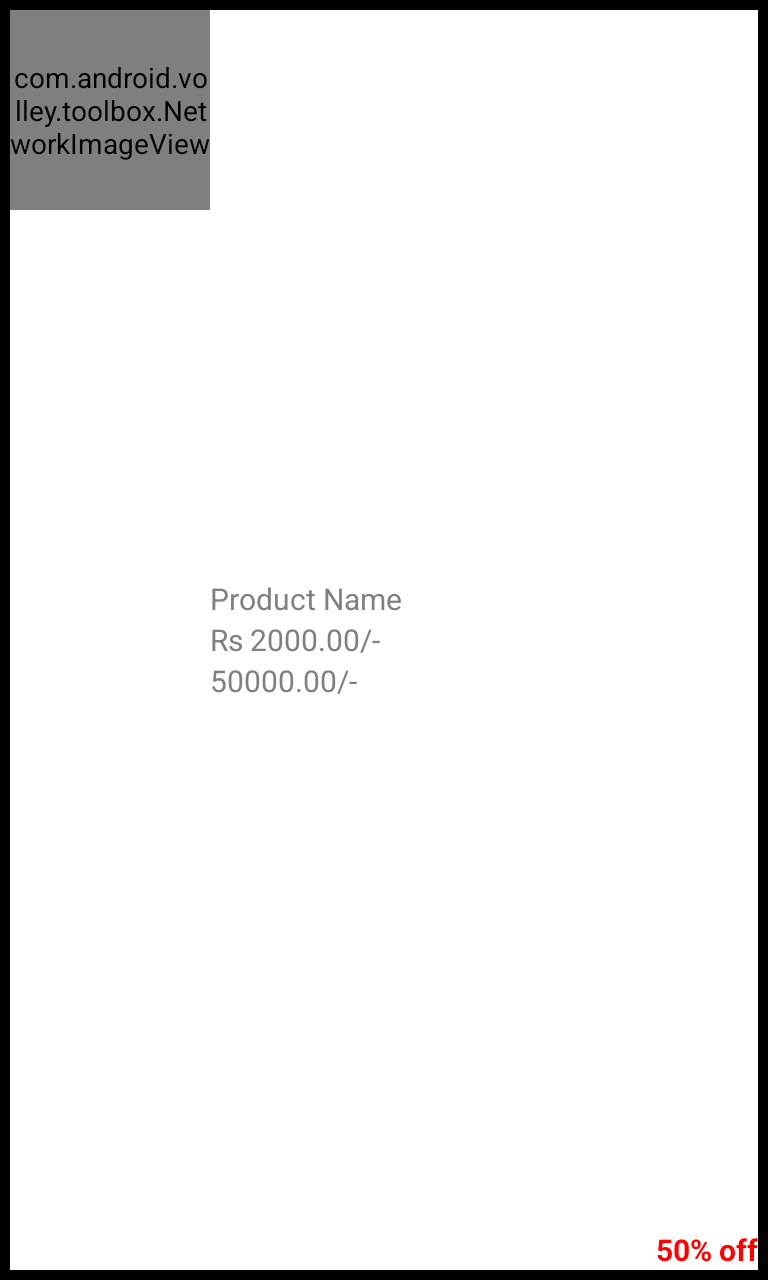
Repository: thisisdemo333/BigDiscount
Layout: BigDiscounts/res/layout/view_lv_search_list.xml
The author's editor kept a copy of each file at every save. The layout is drawn from the files as they stood at one save, then again after the next save.
Pictures or frames that could not be fetched are drawn as grey boxes. It is drawn on a 768 x 1280 px phone screen (xhdpi) without system bars, with theme AppTheme; the app's code is not run.

Above is the layout before, as saved 2015-05-10 16:37:18.

After the next save:
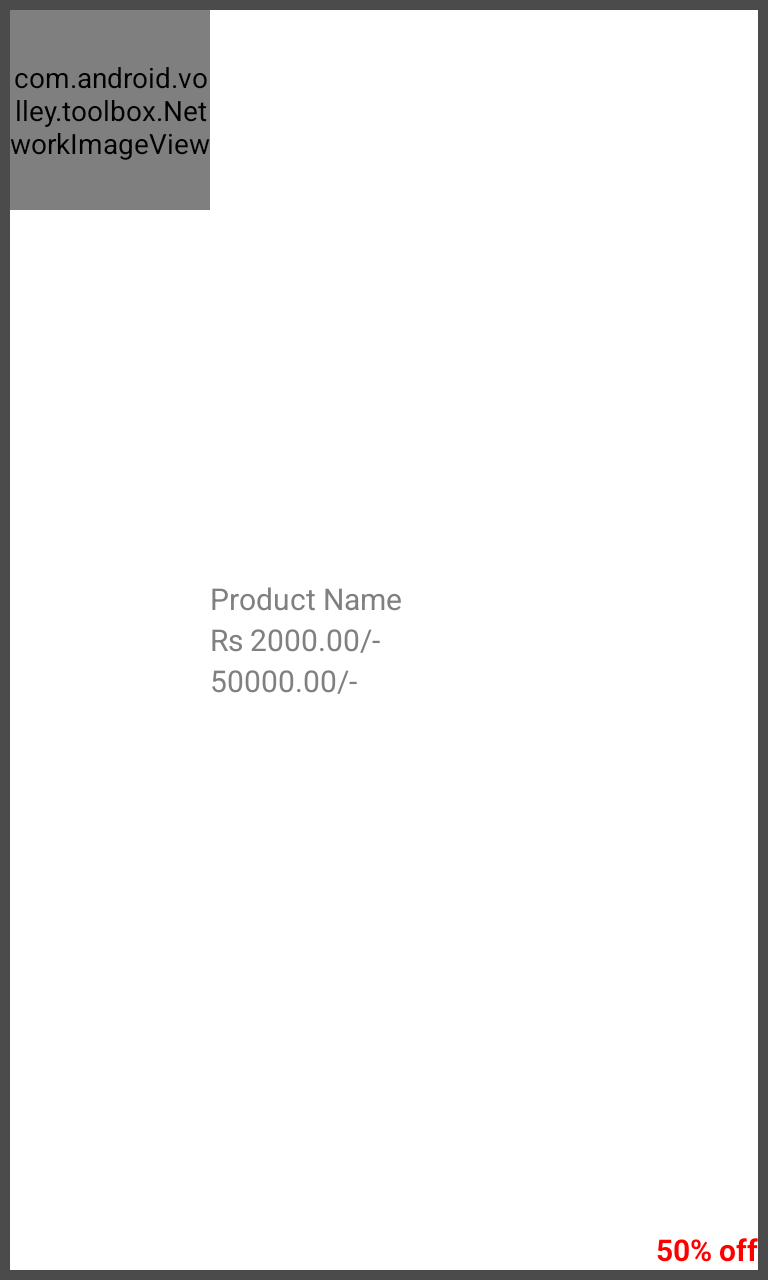
Saved 16 s later.
--- a/BigDiscounts/res/layout/view_lv_search_list.xml
+++ b/BigDiscounts/res/layout/view_lv_search_list.xml
@@ -2,7 +2,7 @@
 <LinearLayout xmlns:android="http://schemas.android.com/apk/res/android"
     android:layout_width="match_parent"
     android:layout_height="wrap_content"
-    android:background="@color/Black"
+    android:background="@color/gray_dark"
     android:orientation="vertical"
     android:padding="@dimen/padding_5dp" >
 
@@ -71,11 +71,11 @@
             android:id="@+id/tv_product_offer"
             android:layout_width="wrap_content"
             android:layout_height="wrap_content"
+            android:layout_alignParentBottom="true"
             android:layout_alignParentRight="true"
             android:text="50% off"
             android:textColor="@color/red"
             android:textSize="@dimen/medium_text_size"
-            android:layout_alignParentBottom="true"
             android:textStyle="bold" />
     </RelativeLayout>
 
